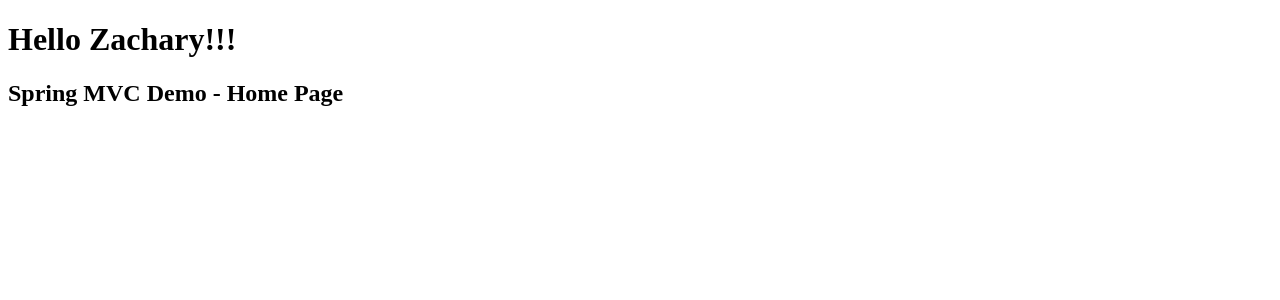
Repository: fintechilla/extra_work
Page: http://localhost/spring-mvc-demo-act/
These files come from the project's save history. The page is drawn as it stood at one moment and after the next save; the edit follows.
The browser window is 1280 px wide. The pictures show the whole page.
The page is served by Tomcat 9.

Above is the page before, as saved 2020-06-20 02:04:20.

After the next save:
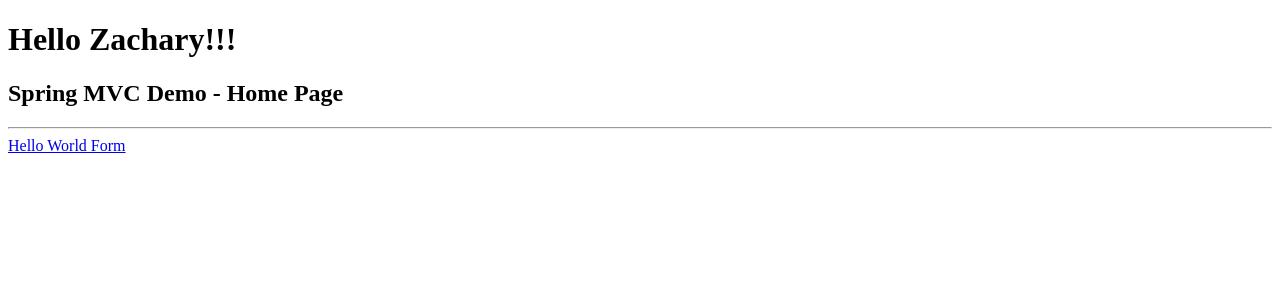
Saved 2 min 58 s later.
--- a/Eclipse/spring-mvc-demo-act/WebContent/WEB-INF/view/main-menu.jsp
+++ b/Eclipse/spring-mvc-demo-act/WebContent/WEB-INF/view/main-menu.jsp
@@ -6,6 +6,9 @@
 <h1>Hello Zachary!!!</h1>
 
 <h2>Spring MVC Demo - Home Page</h2>
+<hr>
+
+<a href="showForm">Hello World Form</a>
 
 </body>
 </html>
